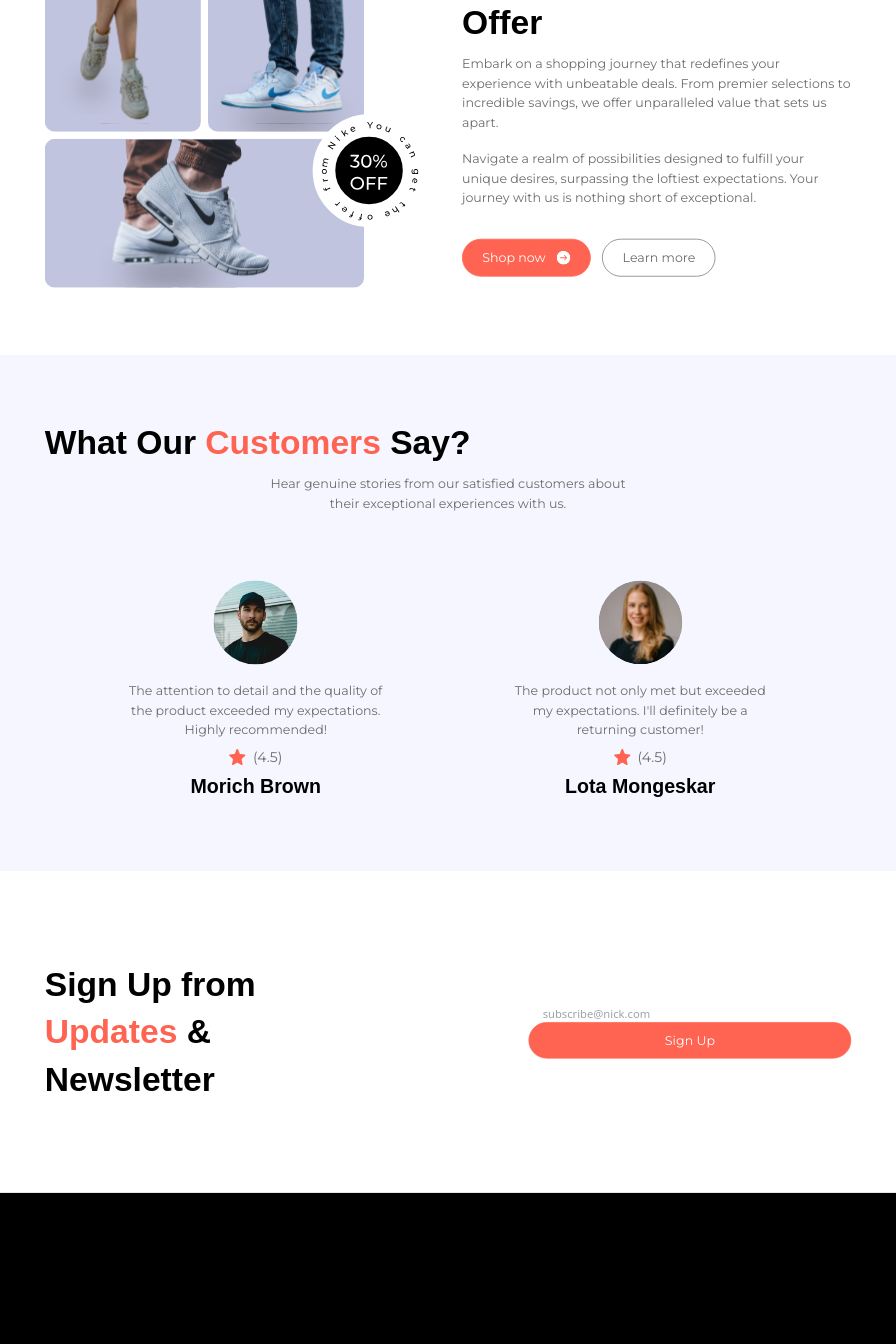
Repository: YiWang24/Nike
Page: /
An editor plug-in stored every save of this project. The page is shown before and after a run of saves, followed by the edit.
The browser window is 1280 px wide. The pictures show the part of the page from y = 2943 to 4863 px (the page is 4863 px tall), at 70% of full size.
Some web fonts or font styles are not loaded; a fallback is used. The project was rebuilt for these pictures with package versions that can differ from the ones it lists, and the page was loaded fresh each time. Also part of the build but not shown: vite.config.js.

Above is the page before, as saved 2024-10-28 00:01:33.

### src/App.jsx
import {
  Footer,
  CustomerReviews,
  Hero,
  PopularProducts,
  Services,
  SpecialOffer,
  Subscribe,
  SuperQuality,
} from "./sections/index";
import Nav from "./components/Nav";
const App = () => (
  <main className="relative">
    <Nav />
    <section className="xl:padding-l wide:padding-r padding-b">
      <Hero />
    </section>
    <section className="padding">
      <PopularProducts />
    </section>
    <section className="padding">
      <SuperQuality />
    </section>
    <section className="padding-x py-10">
      <Services />
    </section>
    <section className="padding">
      <SpecialOffer />
    </section>
    <section className="padding bg-pale-blue">
      <CustomerReviews />
    </section>
    <section className="padding-x sm:py-32 py-16 w-full">
      <Subscribe />
    </section>
    <section className="padding bg-black padding-x padding-t pb-8">
      <Footer />
    </section>
  </main>
);
export default App;

### src/sections/index.js
import Hero from "./Hero";
import CustomerReviews from "./CustomerReviews";
import Footer from "./Footer";
import PopularProducts from "./PopularProducts";
import SuperQuality from "./SuperQuality";
import Services from "./Services";
import Subscribe from "./Subscribe";
import SpecialOffer from "./SpecialOffer";
// export all sections
export {
  Hero,
  CustomerReviews,
  Footer,
  PopularProducts,
  SuperQuality,
  Services,
  SpecialOffer,
  Subscribe,
};

### src/components/Nav.jsx
import React from "react";
import { headerLogo } from "../assets/images";
import { hamburger } from "../assets/icons";
import { navLinks } from "../constants";
const Nav = () => {
  return (
    <header className="padding-x py-8 absolute z-10 w-full">
      <nav className="flex justify-between items-center max-container">
        <a href="/">
          <img src={headerLogo} alt="logo" width={130} height={29} />
        </a>
        <ul className="flex-1 flex justify-center items-center gap-16 max-lg:hidden">
          {navLinks.map((item) => (
            <li key={item.label}>
              <a
                href={item.href}
                className="font-montserrat leading-normal text-lg text-slate-gray"
              >
                {item.label}
              </a>
            </li>
          ))}
        </ul>
        <div className="hidden max-lg:block">
          <img src={hamburger} alt="hamburger" width={25} height={25} />
        </div>
      </nav>
    </header>
  );
};

export default Nav;

### src/sections/Hero.jsx
import React, { useState } from "react";
import Button from "../components/Button";
import { arrowRight } from "../assets/icons/index";
import { statistics, shoes } from "../constants";
import { bigShoe1 } from "../assets/images";
import ShoeCard from "../components/ShoeCard";
const Hero = () => {
  const [bigShoeImg,setBigShoeImg] = useState(bigShoe1)
  return (
    <section
      id="home"
      className="w-full flex xl:flex-row flex-col justify-center min-h-screen gap-10 max-container "
    >
      <div className="relative xl:w-2/5 flex flex-col justify-center items-start w-full max-xl:padding-x pt-28">
        <p className="text-lg font-montserrat text-coral-red">
          Our Summer Collection
        </p>
        <h1 className="mt-10 font-palanquin text-8xl max-sm:text-[72px] max-sm:leading-[82px] font-bold">
          <span className="xl:bg-white xl:whitespace-nowrap relative z-10 pr-10">
            The New Arrivals
          </span>
          <br />
          <span className="text-coral-red inline-block mt-3">Nike</span> Shoes
        </h1>
        <p className="font-montserrat text-slate-gray text-lg leading-8 mt-8 mb-14 sm:max-w-sm ">
          Discover stylish Nick arrivals, quality comfort, and innovation for
          your active life.
        </p>
        <Button label="Shop now" iconURL={arrowRight} />
        <div
          className="flex justify-start items-start flex-wrap w-full mt-20
        gap-16"
        >
          {statistics.map((stat) => (
            <div key={stat.label}>
              <p className="text-4xl font-palanquin font-bold">{stat.value}</p>
              <p className="leading-7 font-montserrat text-slate-gray">
                {stat.label}
              </p>
            </div>
          ))}
        </div>
      </div>
      <div className="relative flex-1 flex justify-center items-center xl:min-h-screen max-xl:py-40 bg-primary bg-hero  bg-cover bg-center">
        <img
          src={bigShoeImg}
          alt="shoe collection"
          width={610}
          height={500}
          className="object-contain relative z-10"
        />
        <div className="flex sm:gap-6 gap-4 absolute -bottom-[5%] sm:left-[10%] max-sm:px-6">
          {shoes.map((shoe, index) => (
            <div key={index}>
              <ShoeCard
                imgURL={shoe}
                changeBigShoeImage={(shoe) => setBigShoeImg(shoe)}
                bigShoeImg={bigShoeImg}
              />
            </div>
          ))}
        </div>
      </div>
    </section>
  );
};

export default Hero;

### src/sections/CustomerReviews.jsx
import React from "react";
import { reviews } from "../constants";
import ReviewCard
 from "../components/ReviewCard";
const CustomerReviews = () => {
  return (
    <section className="max-container">
      <h3 className="font-palanquin tet-center text-4xl font-bold">
        What Our <span className="text-coral-red">Customers</span> Say?
      </h3>
      <p className="info-text m-auto mt-4 max-w-lg text-center ">
        Hear genuine stories from our satisfied customers about their
        exceptional experiences with us.
      </p>
      <div className="mt-24 flex flex-1 justify-evenly items-center max-lg:flex-col gap-14">
        {reviews.map((review) => (
          <ReviewCard
            key={review.customerName}
            imgURL={review.imgURL}
            customerName={review.customerName}
            rating={review.rating}
            feedback={review.feedback}
          />
        ))}
      </div>
    </section>
  );
};

export default CustomerReviews;

### src/sections/PopularProducts.jsx
import React from "react";
import { products } from "../constants";
import PopularProductCard from "../components/PopularProductCard";
const PopularProducts = () => {
  return (
    <section id="products" className="max-container max-sm:mt-12">
      <div className="flex flex-col justify-start gap-5">
        <h2 className="text-4xl font-palanquin font-bold ">
          Our <span className="text-coral-red">Popular</span> Products
        </h2>
        <p className="lg:max-w-lg mt-2 font-montserrat text-slate-gray">
          Experience top-notch quality and style with our sought-after
          selections. Discover a world of comfort, design, and value
        </p>
      </div>
      <div
        className="mt-16 grid lg:grid-cols-4 md:grid-cols-3 sm:grid-cols-2 grid-cols-1
      sm:gap-4 gap-14"
      >
        {products.map((product) => (
          <PopularProductCard key={product.name} {...product} />
        ))}
      </div>
    </section>
  );
};

export default PopularProducts;

### src/sections/SuperQuality.jsx
import React from "react";
import Button from "../components/Button";
import { shoe8 } from "../assets/images";
const SuperQuality = () => {
  return (
    <section
      id="about-us"
      className="flex justify-between items-center max-lg:flex-col
  gap-10 w-full max-container "
    >
      <div className="flex flex-1 flex-col">
        <h2 className="font-palanquin text-4xl capitalize font-bold">
          We Provide You{" "}
          <span className="text-coral-red inline-block mt-3">Super</span>{" "}
          <span className="text-coral-red inline-block mt-3">Quality</span>{" "}
          Shoes
        </h2>
        <p className="mt-4 lg:max-w-lg info-text ">
          Ensuring premium comfort and style, our meticulously crafted footwear
          is designed to elevate your experience, providing you with unmatched
          quality, innovation, and a touch of elegance.
        </p>
        <p className="mt-6 lg:max-w-lg info-text">
          Our dedication to detail and excellence ensures your satisfaction
        </p>
        <div className="mt-11">
          <Button label="View details" />
        </div>
      </div>

      <div className="flex-1 flex justify-center items-center">
        <img src={shoe8} alt="shoe" width={570} height={522} className="object-contain"/>
      </div>
    </section>
  );
};

export default SuperQuality;

### src/sections/Services.jsx
import React from "react";
import { services } from "../constants";
import ServiceCard from "../components/ServiceCard";
const Services = () => {
  return (
    <section className="max-container flex justify-center flex-wrap gap-9">
      {services.map((service) => (
        <ServiceCard key={service.label} {...service} />
      ))}
    </section>
  );
};

export default Services;

### src/sections/Subscribe.jsx
import React from "react";
import Button from "../components/Button";

const Subscribe = () => {
  return (
    <section
      className="max-container flex justify-between items-center max-lg:flex-col gap-10"
      id="contact-us"
    >
      <h3 className="text-4xl leading-[68px] lg:max-w-md font-palanquin font-bold">
        Sign Up from <span className="text-coral-red">Updates</span> &
        Newsletter
      </h3>
      <div className="lg:max-w-[40%] w-full">
        <input type="text" placeholder="subscribe@nick.com" className="input" />
        <div className="flex max-sm:justify-end items-center max-sm:w-full">
          <Button label="Sign Up" fullwidth />
        </div>
      </div>
    </section>
  );
};

export default Subscribe;

### src/sections/SpecialOffer.jsx
import React from "react";
import Button from "../components/Button";
import { offer } from "../assets/images";
import { arrowRight } from "../assets/icons";
const SpecialOffer = () => {
  return (
    <section className="flex justify-wrap items-center max-xl:flex-col-reverse gap-10 max-container ">
      <div className="flex-1 ">
        <img
          src={offer}
          width={773}
          height={687}
          className="object-contain w-full"
        />
      </div>
      <div className="flex flex-1 flex-col">
        <h2 className="font-palanquin text-4xl capitalize font-bold">
          We Provide You{" "}
          <span className="text-coral-red inline-block mt-3">Special</span>{" "}
          Offer
        </h2>
        <p className="mt-4 info-text">
          Embark on a shopping journey that redefines your experience with
          unbeatable deals. From premier selections to incredible savings, we
          offer unparalleled value that sets us apart.
        </p>
        <p className="mt-6 info-text">
          Navigate a realm of possibilities designed to fulfill your unique
          desires, surpassing the loftiest expectations. Your journey with us is
          nothing short of exceptional.
        </p>
        <div className="mt-11 flex flex-wrap gap-4">
          <Button label="Shop now" iconURL={arrowRight} />
          <Button
            label="Learn more"
            backgroundColor="bg-white"
            borderColor="border-slate-gray"
            textColor="text-slate-gray"
          />
        </div>
      </div>
    </section>
  );
};

export default SpecialOffer;

### src/assets/images/index.js
import bigShoe1 from './big-shoe1.png'
import bigShoe2 from './big-shoe2.png'
import bigShoe3 from './big-shoe3.png'

import customer1 from './customer1.jpeg'
import customer2 from './customer2.svg'

import footerLogo from './footer-logo.svg'
import headerLogo from './header-logo.svg'

import offer from './offer.svg'

import shoe4 from './shoe4.svg'
import shoe5 from './shoe5.svg'
import shoe6 from './shoe6.svg'
import shoe7 from './shoe7.svg'
import shoe8 from './shoe8.svg'

import thumbnailBackground from './thumbnail-background.svg'
import thumbnailShoe1 from './thumbnail-shoe1.svg'
import thumbnailShoe2 from './thumbnail-shoe2.svg'
import thumbnailShoe3 from './thumbnail-shoe3.svg'

export {
    bigShoe1,
    bigShoe2,
    bigShoe3,

    customer1,
    customer2,

    footerLogo,
    headerLogo,

    offer,
    shoe4,
    shoe5,
    shoe6,
    shoe7,
    shoe8,

    thumbnailBackground,
    thumbnailShoe1,
    thumbnailShoe2,
    thumbnailShoe3
}

### src/constants/index.js
import { facebook, instagram, shieldTick, support, truckFast, twitter } from "../assets/icons";
import { bigShoe1, bigShoe2, bigShoe3, customer1, customer2, shoe4, shoe5, shoe6, shoe7, thumbnailShoe1, thumbnailShoe2, thumbnailShoe3 } from "../assets/images";

export const navLinks = [
    { href: "#home", label: "Home" },
    { href: "#about-us", label: "About Us" },
    { href: "#products", label: "Products" },
    { href: "#contact-us", label: "Contact Us" },
];

export const shoes = [
    {
        thumbnail: thumbnailShoe1,
        bigShoe: bigShoe1,
    },
    {
        thumbnail: thumbnailShoe2,
        bigShoe: bigShoe2,
    },
    {
        thumbnail: thumbnailShoe3,
        bigShoe: bigShoe3,
    },
];

export const statistics = [
    { value: '1k+', label: 'Brands' },
    { value: '500+', label: 'Shops' },
    { value: '250k+', label: 'Customers' },
];

export const products = [
    {
        imgURL: shoe4,
        name: "Nike Air Jordan-01",
        price: "$200.20",
    },
    {
        imgURL: shoe5,
        name: "Nike Air Jordan-10",
        price: "$210.20",
    },
    {
        imgURL: shoe6,
        name: "Nike Air Jordan-100",
        price: "$220.20",
    },
    {
        imgURL: shoe7,
        name: "Nike Air Jordan-001",
        price: "$230.20",
    },
];

export const services = [
    {
        imgURL: truckFast,
        label: "Free shipping",
        subtext: "Enjoy seamless shopping with our complimentary shipping service."
    },
    {
        imgURL: shieldTick,
        label: "Secure Payment",
        subtext: "Experience worry-free transactions with our secure payment options."
    },
    {
        imgURL: support,
        label: "Love to help you",
        subtext: "Our dedicated team is here to assist you every step of the way."
    },
];

export const reviews = [
    {
        imgURL: customer1,
        customerName: 'Morich Brown',
        rating: 4.5,
        feedback: "The attention to detail and the quality of the product exceeded my expectations. Highly recommended!"
    },
    {
        imgURL: customer2,
        customerName: 'Lota Mongeskar',
        rating: 4.5,
        feedback: "The product not only met but exceeded my expectations. I'll definitely be a returning customer!"
    }
];


export const footerLinks = [
    {
        title: "Products",
        links: [
            { name: "Air Force 1", link: "/" },
            { name: "Air Max 1", link: "/" },
            { name: "Air Jordan 1", link: "/" },
            { name: "Air Force 2", link: "/" },
            { name: "Nike Waffle Racer", link: "/" },
            { name: "Nike Cortez", link: "/" },
        ],
    },
    {
        title: "Help",
        links: [
            { name: "About us", link: "/" },
            { name: "FAQs", link: "/" },
            { name: "How it works", link: "/" },
            { name: "Privacy policy", link: "/" },
            { name: "Payment policy", link: "/" },
        ],
    },
    {
        title: "Get in touch",
        links: [
            { name: "customer@nike.com", link: "mailto:customer@nike.com" },
            { name: "+92554862354", link: "tel:+92554862354" },
        ],
    },
];

export const socialMedia = [
    { src: facebook, alt: "facebook logo" },
    { src: twitter, alt: "twitter logo" },
    { src: instagram, alt: "instagram logo" },
];

### src/components/Button.jsx
import React from "react";

const Button = ({
  label,
  iconURL,
  backgroundColor,
  textColor,
  borderColor,
  fullwidth,
}) => {
  return (
    <button
      className={`flex justify-center items-center
    gap-2 px-7 py-4 border font-montserrat text-lg leading-none
    ${backgroundColor ? `${backgroundColor}` : "bg-coral-red"}
    ${textColor ? `${textColor}` : "text-white"}
    ${borderColor ? `${borderColor}` : "border-coral-red"}
      rounded-full ${fullwidth && "w-full"}`}
    >
      {label}
      {iconURL && (
        <img
          src={iconURL}
          alt="arrow right icon"
          className="ml-2 rounded-full w-5 h-5"
        />
      )}
    </button>
  );
};

export default Button;

### src/components/ShoeCard.jsx
const ShoeCard = ({ imgURL, changeBigShoeImage, bigShoeImg }) => {

    const handleClick = () => {
      if (bigShoeImg !== imgURL.bigShoe) {
        changeBigShoeImage(imgURL.bigShoe);
      }
    };

    return (
      <div
        className={`border-2 rounded-xl ${
          bigShoeImg === imgURL.bigShoe
            ? "border-coral-red"
            : "border-transparent"
        } cursor-pointer max-sm:flex-1`}
        onClick={handleClick}
      >
        <div className='flex justify-center items-center bg-card bg-center bg-cover sm:w-40 sm:h-40 rounded-xl max-sm:p-4'>
          <img
            src={imgURL.thumbnail}
            alt='shoe colletion'
            width={127}
            height={103.34}
            className='object-contain'
          />
        </div>
      </div>
    );
  };

  export default ShoeCard;

### src/components/ReviewCard.jsx
import React from "react";
import { star } from "../assets/icons";
const ReviewCard = ({ imgURL, customerName, rating, feedback }) => {
  return (
    <div className="flex justify-center items-center flex-col">
      <img
        src={imgURL}
        alt="customer"
        className=" rounded-full object-cover w-[120px] h-[120px]"
      />
      <p className="mt-6 max-w-sm text-center info-text">{feedback}</p>
      <div className="mt-3 flex justify-center items-center gap-2.5">
        <img src={star} width={24} height={24} className="object-contain m-0" />
        <p className="text-xl font-montserrat text-slate-gray">({rating})</p>
      </div>
      <h3 className="mt-1 font-palanquin text-3xl text-center font-bold">
        {customerName}
      </h3>
    </div>
  );
};

export default ReviewCard;

### src/components/PopularProductCard.tsx
import React from "react";
import { star } from "../assets/icons";
const PopularProductCard = ({ imgURL, name, price }) => {
  return (
    <div className="flex flex-1 flex-col w-full max-sm:w-full">
      <img src={imgURL} alt={name} className="w-[280px] h-[280px]" />
      <div className="mt-8 flex justify-start gap-2.5">
        <img src={star} alt="rating" width={24} height={24} />
        <p className="font-montserrat text-xl leading-normal text-slate-gray">
          (4.5)
        </p>
      </div>
      <h3 className="mt-2 text-2xl leading-normal font-semibold font-palanquin">
        {name}
      </h3>
      <p className="mt-2 font-semibold font-montserrat text-coral-red text-2lx leading-normal">
        {price}
      </p>
    </div>
  );
};

export default PopularProductCard;

### src/components/ServiceCard.jsx
import React from "react";

const ServiceCard = ({ imgURL, label, subtext }) => {
  return (
    <div className="flex-1 sm:w-[350px] sm:min-w-[350px] w-full rounded-[20px] shadow-3xl px-10 py-16">
      <div className="w-11 h-11 justify-center items-center bg-coral-red rounded-full">
        <img src={imgURL} alt={label} width={24} height={24} />
      </div>
      <h3 className="mt-5 font-palanquin leading-normal font-bold">{label}</h3>
      <p className="mt-3 break-words font-montserrat text-lg leading-normal text-slate-gray">
        {subtext}
      </p>
    </div>
  );
};

export default ServiceCard;

Loaded but not shown: index.html (common file); src/main.jsx (common file); src/index.css (common file); src/sections/Footer.jsx (common file); src/assets/icons/index.js (common file); tailwind.config.js (common file)

After the next 2 saves:
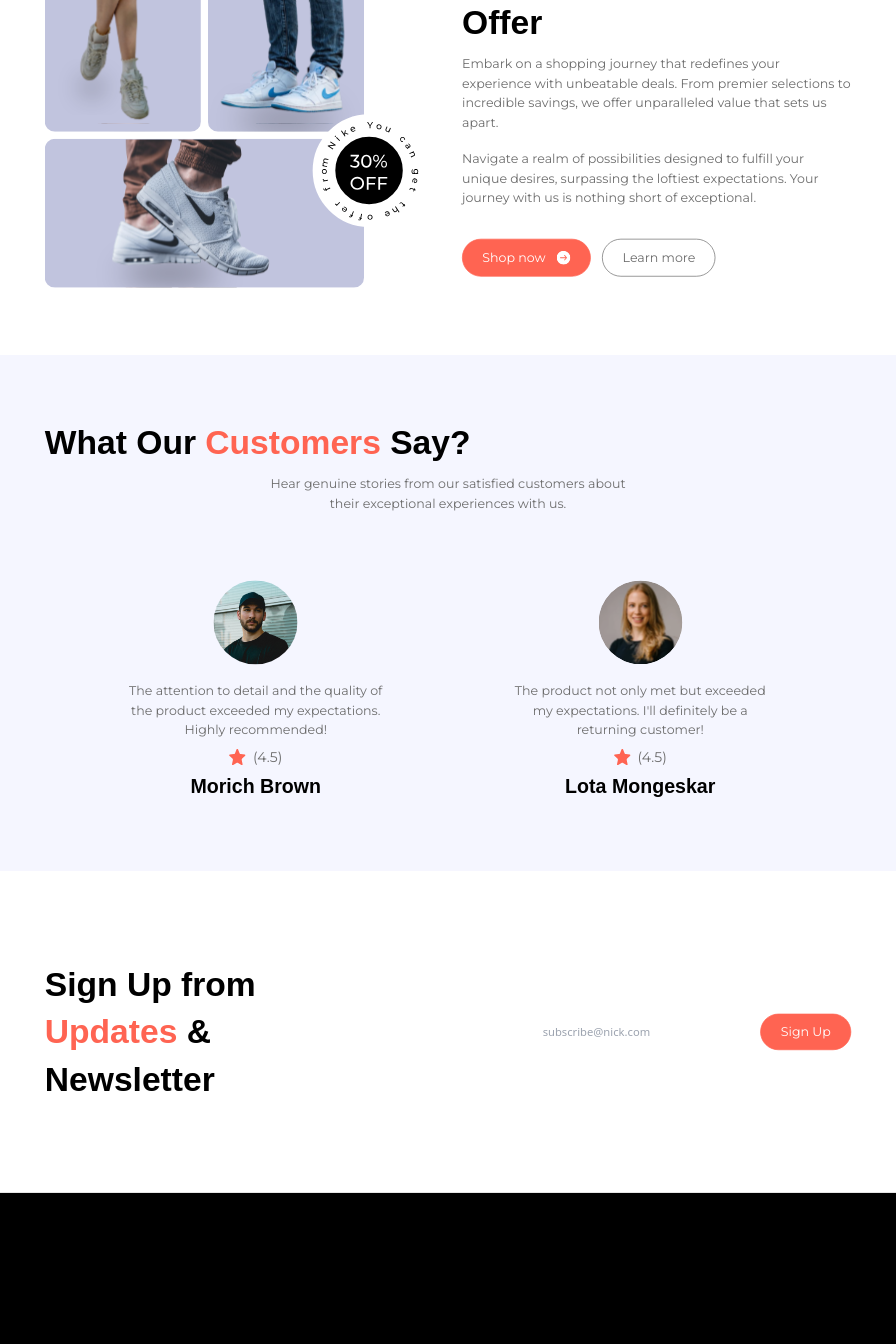
The 2 saves are shown as one change because they came seconds apart.
The last was saved 17 s later.
--- a/src/sections/Subscribe.jsx
+++ b/src/sections/Subscribe.jsx
@@ -11,7 +11,7 @@
         Sign Up from <span className="text-coral-red">Updates</span> &
         Newsletter
       </h3>
-      <div className="lg:max-w-[40%] w-full">
+      <div className="lg:max-w-[40%] w-full flex items-center">
         <input type="text" placeholder="subscribe@nick.com" className="input" />
         <div className="flex max-sm:justify-end items-center max-sm:w-full">
           <Button label="Sign Up" fullwidth />
